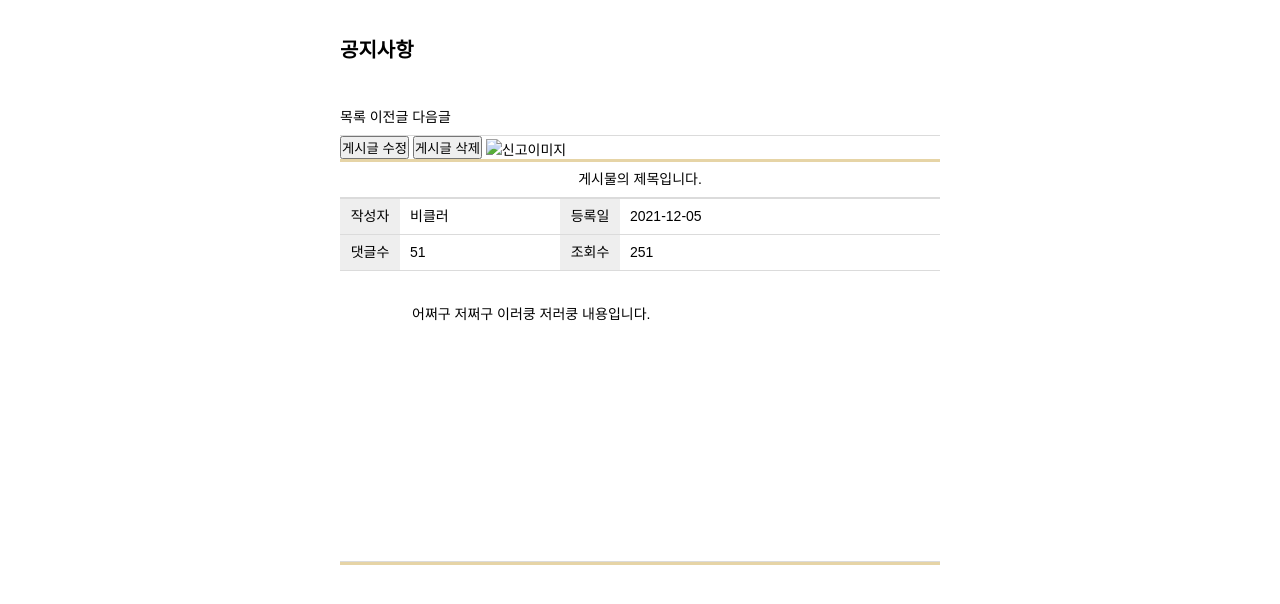
Repository: hyodii/FinalProject
Page: http://localhost/ViewPage/beenoticeNew.jsp
The author's editor kept a copy of each file at every save. The page is drawn from the files as they stood at one save, then again after the next save.
The browser window is 1280 px wide. The pictures show the whole page.
The page is served by Tomcat 9.

Above is the page before, as saved 2021-12-09 05:41:48.

### ViewPage/WebContent/beenoticeNew.jsp
<%@ page language="java" contentType="text/html; charset=UTF-8"
    pageEncoding="UTF-8"%>
<!DOCTYPE html>
<html>
<head>
<meta charset="UTF-8">
<title>beenoticeNew.jsp</title>
<style type="text/css">
/*reset*/
* {margin: 0;padding: 0;}
body {margin: 0;}
h1, h2, h3, h4, h5, h6, p, ul, ol, li, dl, dt, dd {margin: 0; padding: 0;}
h1, h2, h3, h4, h5, h6 {font-weight: 700; }
a {color: inherit; text-decoration: inherit;}
img {vertical-align: middle;}
a img {border: none;}
li {list-style: none;}
address, em, i, ul {font-style: normal;}

/*layout*/
.mo {display: none;}
.en {font-family: 'Exo 2', sans-serif;}
body {font-family: 'Noto Sans KR', sans-serif; font-size: 14px;}
.wrap {margin: 0 auto; }

#bbs
{
	width:600px;
	margin:30px auto;
	text-align:left;
}

#bbs_title
{
	width:574px;
	/* padding-left:20px; */
	height:40px;
	/* border:3px solid #D6D4A6; */
	text-align:left;
	font-weight: bold;
	line-height:40px;
	font-size:15pt;
	margin-bottom:30px;
}

#bbsArticle
{
	width:600px;
	overflow: visible;
	border-top:3px solid #E6D4A6;
	border-bottom:3px solid #E6D4A6;
	text-align:left;
}

#bbsArticle_header
{
	height:35px;
	line-height:35px;
	border-bottom:2px solid #DBDBDB;
	text-align:center;
}
#bbsArticle dl
{
	margin: 0px;
}
#bbsArticle dt
{
	float:left;
	height:35px;
	width:60px;
	line-height:35px;
	text-align:center;
	background-color:#EEEEEE;
}

#bbsArticle dd
{
	float:left;
	height:35px;
	width:150px;
	line-height:35px;
	text-align:left;
	padding-left:10px;
}

.bbsArticle_bottomLine
{
	height:35px;
	line-height:35px;
	border-bottom:1px solid #DBDBDB;
	clear:both;
	text-align:left;
}

.bbsArticle_noLine
{
	height:35px;
	line-height:35px;
	clear:both;
	text-align:left;
}

#bbsArticle_content
{
    overflow: visible;
    border-bottom:1px solid #DBDBDB;
    text-align:left;
    min-height:250px;
    padding: 20px 60px 20px 60px;
    word-break:break-all;
}

#bbsArticle_footer
{
	clear:both;
	height:32px;
	line-height:32px;
	margin-bottom:20px;
}

#bbsArticle_footer #leftFooter
{
	float:left;
	width:300px;
	text-align:left;
}

#bbsArticle_footer #rightFooter
{
	float:right;
	width:300px;
	text-align:right;
}

.btns
{}

</style>
</head>
<body>

<!--
 beenoticeNew.jsp
	동아리 내 게시판 > 공지사항 > 등록하기
-->

<div id="bbs">

	<div id="bbs_title">
		공지사항
	</div>

	<div class="bbsArticle_bottomLine">
		목록
		이전글
		다음글
	</div>

	<div class="btns">
		<input type="button" value="게시글 수정" />
		<input type="button" value="게시글 삭제" />
		<img src="" alt="신고이미지"  />
	</div>

	<form>
		<div id="bbsArticle">

			<div id="bbsArticle_header">
				게시물의 제목입니다.
			</div>

			<div class="bbsArticle_bottomLine">
				<dl>
					<dt>작성자</dt>
					<dd>비클러</dd>

					<dt>등록일</dt>
					<dd>2021-12-05</dd>
				</dl>
			</div>

			<div class="bbsArticle_bottomLine">
				<dl>
					<dt>댓글수</dt>
					<dd>51</dd>
				</dl>
				<dl>
					<dt>조회수</dt>
					<dd>251</dd>
				</dl>
			</div>

			<div id="bbsArticle_content">
				<table style="width: 600">
					<tr>
						<td style="padding: 10px 40px 10px 10px; vertical-align: top; height: 150">
							어쩌구 저쩌구 이러쿵 저러쿵 내용입니다.<br>
						</td>
					</tr>
				</table>
			</div>



		</div><!-- close #bbsArticle -->
	</form><!-- close form -->




</div><!-- close #bbs -->





</body>
</html>

After the next save:
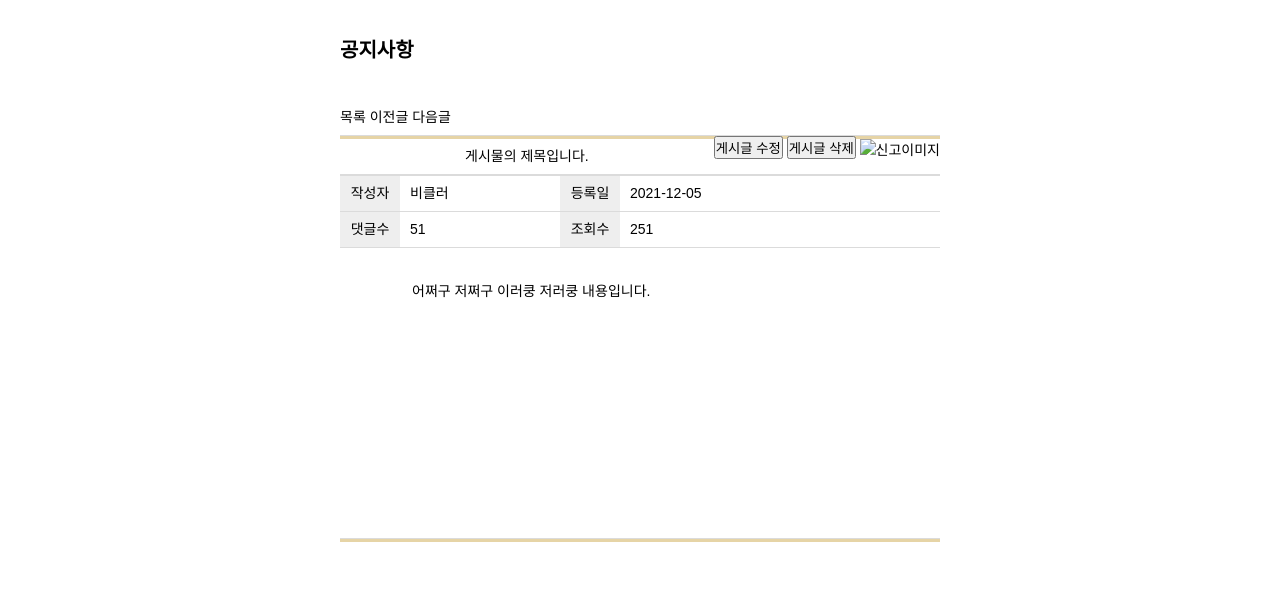
Saved 57 s later.
--- a/ViewPage/WebContent/beenoticeNew.jsp
+++ b/ViewPage/WebContent/beenoticeNew.jsp
@@ -133,7 +133,9 @@ body {font-family: 'Noto Sans KR', sans-serif; font-size: 14px;}
 }
 
 .btns
-{}
+{
+	float: right;
+}
 
 </style>
 </head>
